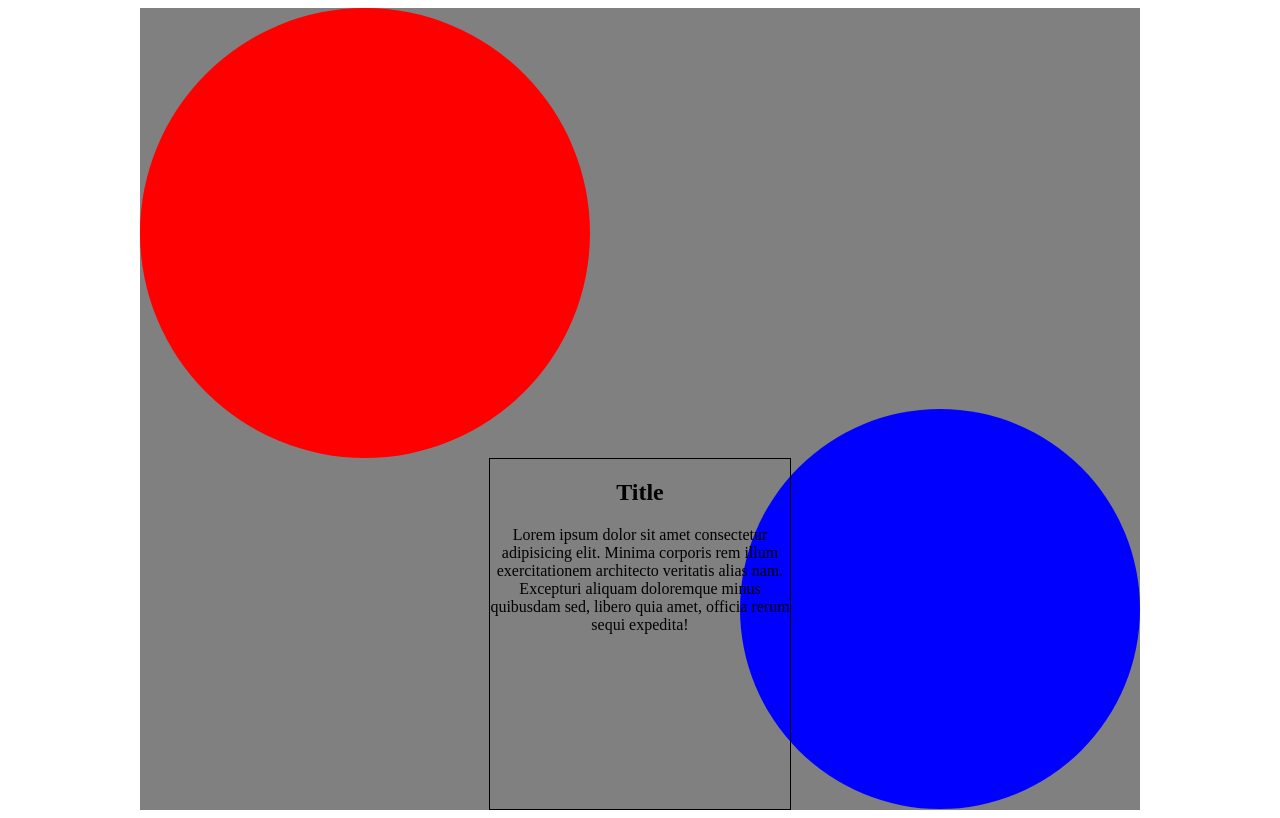
Repository: dovanluyen1996/Test-Git-PR
Page: index.html
These files come from the project's save history. The page is drawn as it stood at one moment and after the next save; the edit follows.
The browser window is 1280 px wide. The pictures show the whole page.

Above is the page before, as saved 2021-09-06 23:24:20.

### index.html
<!DOCTYPE html>
<html lang="en">
  <head>
    <meta charset="UTF-8" />
    <meta http-equiv="X-UA-Compatible" content="IE=edge" />
    <meta name="viewport" content="width=device-width, initial-scale=1.0" />
    <title>TestVsCode</title>
    <link rel="stylesheet" href="css/style.css" />
  </head>

  <body>
    <div class="container">
      <div class="test1"></div>
      <div class="test2"></div>

      <div class="center">
        <div class="item-center">
          <h2>Title</h2>
          <p class="text">
            Lorem ipsum dolor sit amet consectetur adipisicing elit. Minima
            corporis rem illum exercitationem architecto veritatis alias nam.
            Excepturi aliquam doloremque minus quibusdam sed, libero quia amet,
            officia rerum sequi expedita!
          </p>
        </div>
      </div>
    </div>
  </body>
</html>

### css/style.css
body {
}
.container {
  width: 1000px;
  margin: 0 auto;
  position: relative;
  background-color: grey;
}
.test1 {
  width: 450px;
  height: 450px;
  background-color: red;
  border-radius: 50%;
}
.test2 {
  width: 400px;
  height: 400px;
  background-color: blue;
  border-radius: 50%;
  position: absolute;
  right: 0;
  top: 50%;
}
.item-center {
  width: 300px;
  height: 350px;
  border: 1px solid black;
  text-align: center;
  margin: 0 auto;
  position: relative;
}

After the next save:
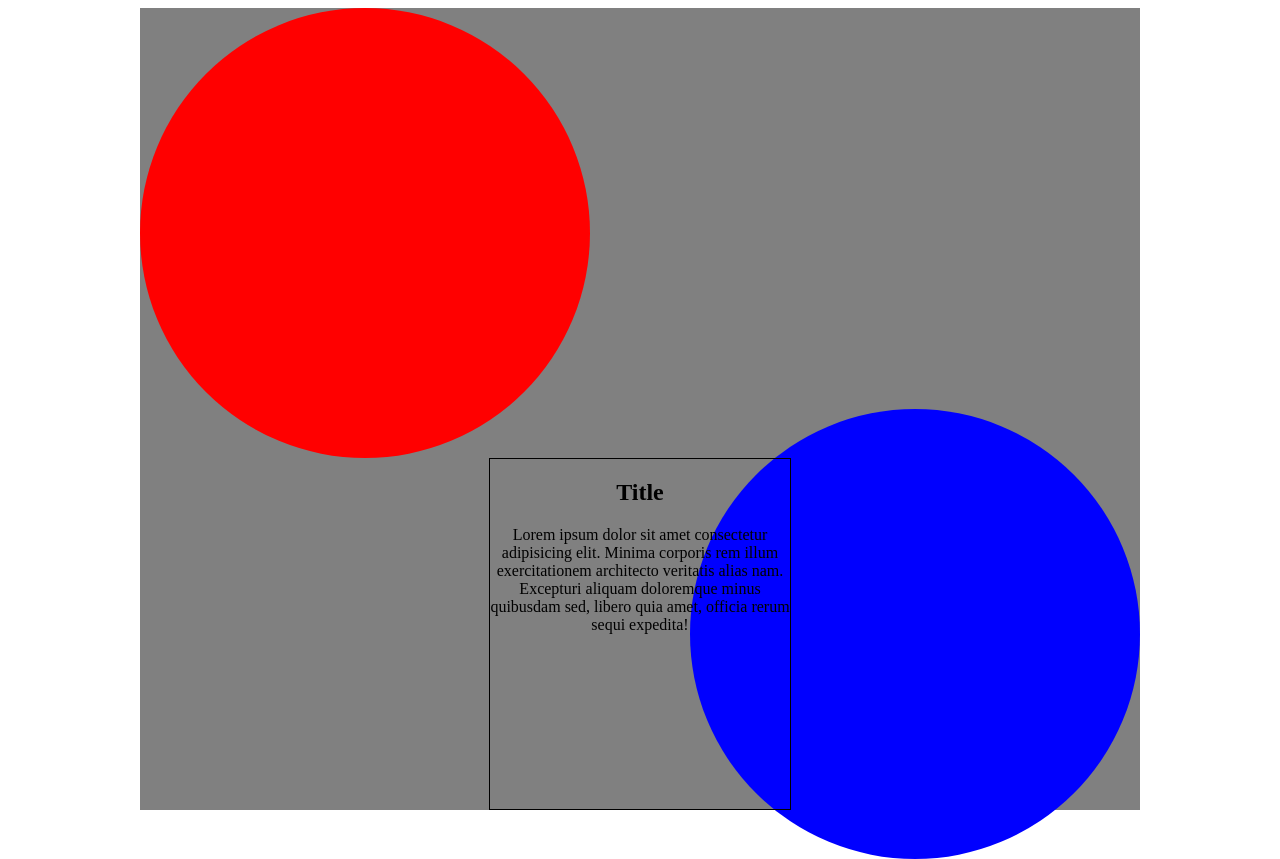
Saved 39 s later.
--- a/css/style.css
+++ b/css/style.css
@@ -13,8 +13,8 @@ body {
   border-radius: 50%;
 }
 .test2 {
-  width: 400px;
-  height: 400px;
+  width: 450px;
+  height: 450px;
   background-color: blue;
   border-radius: 50%;
   position: absolute;
